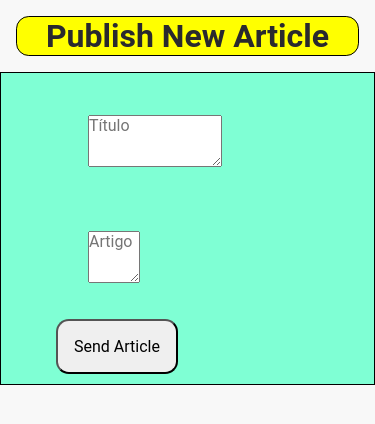
Repository: batmit/publish_articles
Page: /publish
The author's editor kept a copy of each file at every save. The page is drawn from the files as they stood at one save, then again after a run of saves.
The browser window is 375 px wide. The pictures show the whole page.
The project was rebuilt for these pictures with package versions that can differ from the ones it lists, and the page was loaded fresh each time. Also part of the build but not shown: src/pages/articles.tsx, src/pages/article.tsx, src/pages/Home.tsx.

Above is the page before, as saved 2021-06-29 18:45:55.

After the next 2 saves:
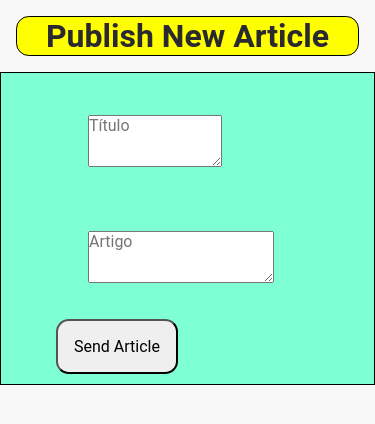
The 2 saves are shown as one change because they came seconds apart.
The last was saved 15 s later.
--- a/src/styles/global.scss
+++ b/src/styles/global.scss
@@ -67,7 +67,7 @@ form {
         align-items: center;
 
         textarea{
-            width: 50px;
+            width: 70%;
             height: 50px;
         }
 
